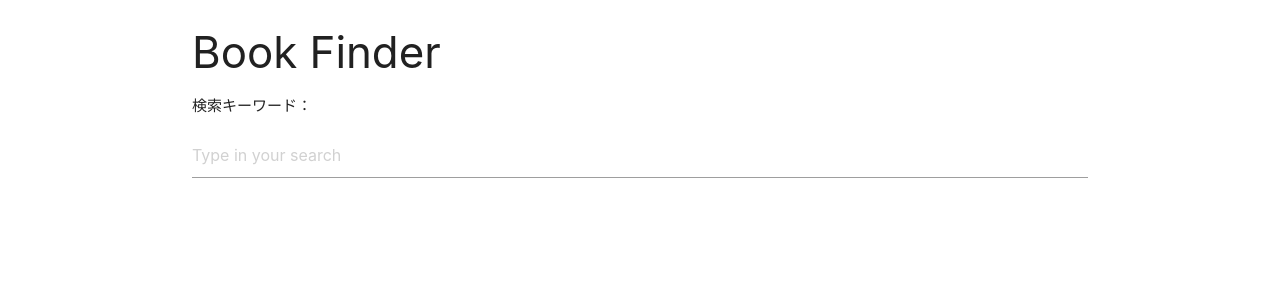
Repository: ayachika/chingu-solo-project
Page: index.html
The author's editor kept a record of every edit. The page is drawn from the files as they stood at one moment, then again after the next edit.
The browser window is 1280 px wide. The pictures show the whole page.
Some web libraries are served in a nearby version.

Above is the page before.

After the next edit:
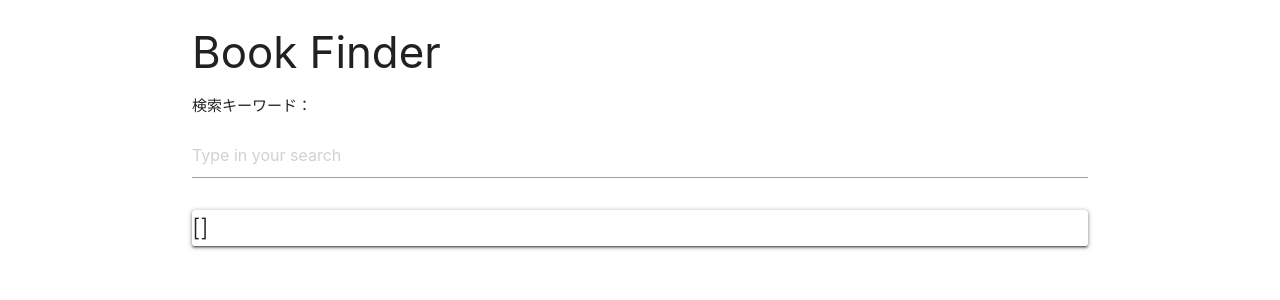
The edit:
--- a/index.html
+++ b/index.html
@@ -18,7 +18,7 @@
 
           <div class="card">
             <div class="card-title">
-              <p>{{item}}</p>
+              <p>{{items}}</p>
             </div>
           </div>
      </div>
